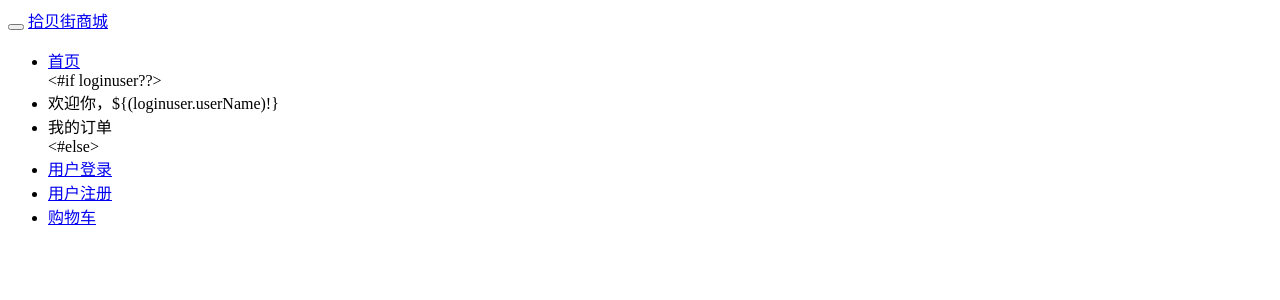
Repository: oswaldcheng/shopSystem
Page: shibeijie/src/main/resources/web/front/navigator.html
The author's editor kept a copy of each file at every save. The page is drawn from the files as they stood at one save, then again after the next save.
The browser window is 1280 px wide. The pictures show the whole page.

Above is the page before, as saved 2019-03-02 11:32:35.

After the next save:
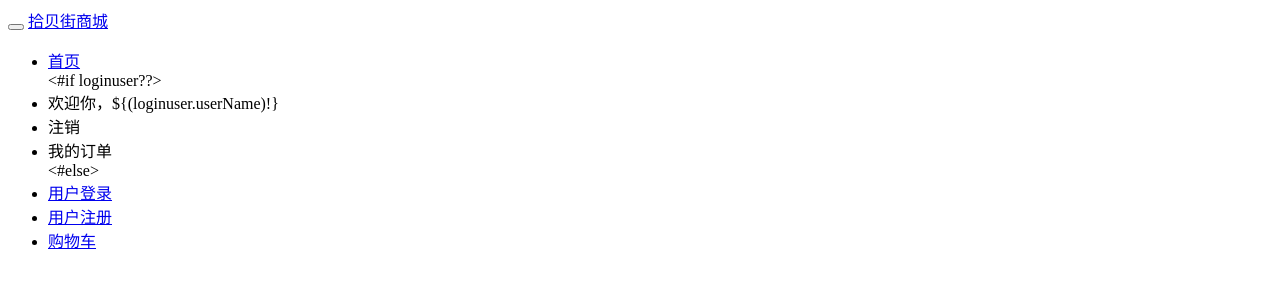
Saved 110 s later.
--- a/shibeijie/src/main/resources/web/front/navigator.html
+++ b/shibeijie/src/main/resources/web/front/navigator.html
@@ -21,6 +21,7 @@
 					<li><a href="/index">首页</a></li>
 					<#if loginuser??>
 						<li><a>欢迎你，${(loginuser.userName)!}</a></li>
+						<li><a>注销</a></li>
 						<li><a>我的订单</a></li>
 						<#else>
 						<li><a href="/login">用户登录 </a></li>
